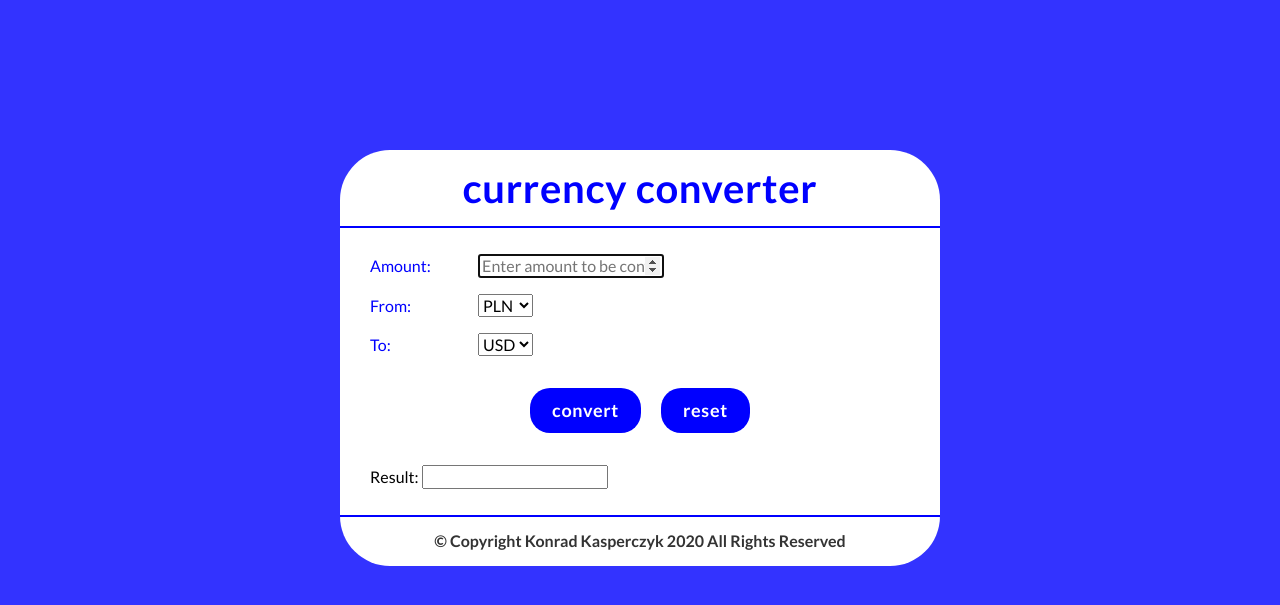
Repository: kkasperczyk/currency-converter
Page: index.html
An editor plug-in stored every save of this project. The page is shown before and after the next save, followed by the edit.
The browser window is 1280 px wide. The pictures show the whole page.

Above is the page before, as saved 2020-06-16 13:22:12.

### index.html
<!DOCTYPE html>
<html lang="en">

<head>
    <meta charset="UTF-8">
    <meta name="viewport" content="width=device-width, initial-scale=1.0">
    <link rel="stylesheet" href="https://cdnjs.cloudflare.com/ajax/libs/normalize/8.0.1/normalize.min.css"
        integrity="sha256-l85OmPOjvil/SOvVt3HnSSjzF1TUMyT9eV0c2BzEGzU=" crossorigin="anonymous" />
    <link rel="stylesheet" href="css/global.css">
    <link rel="stylesheet" href="css/container.css">
    <link rel="stylesheet" href="css/header.css">
    <link rel="stylesheet" href="css/main.css">
    <link rel="stylesheet" href="css/form.css">
    <link rel="stylesheet" href="css/footer.css">
    <script defer src="js/script.js"></script>
    <link href="https://fonts.googleapis.com/css2?family=Lato:ital,wght@0,400;0,700;1,400&display=swap"
        rel="stylesheet">
    <title>Currency Converter</title>
</head>

<body>
    <div class="container">
        <header class="header">
            <h1 class="header__title">Currency Converter
        </header>
        <main class="main">
            <form class="form js-form">
                <p>
                    <label>
                        <span class="form__labelText">Amount:</span>
                        <input class="form__amount js-form__amount" type="number" name="amount" min="1" step="any"
                            required placeholder="Enter amount to be converted">
                    </label>
                </p>
                <p>
                    <label>
                        <span class="form__labelText">From:</span>
                        <select class="js-convertFrom" required>
                            <option value="pln">PLN</option>
                            <option value="usd">USD</option>
                            <option value="gbp">GBP</option>
                            <option value="eur">EUR</option>
                            <option value="chf">CHF</option>
                        </select>
                    </label>
                </p>
                <p>
                    <label>
                        <span class="form__labelText">To:</span>
                        <select class="js-convertTo" required>
                            <option value="pln">PLN</option>
                            <option value="usd" selected>USD</option>
                            <option value="gbp">GBP</option>
                            <option value="eur">EUR</option>
                            <option value="chf">CHF</option>
                        </select>
                    </label>
                </p>
                <div class="form__buttons">
                    <p>
                        <button class="form__button js-form__button">Convert</button>
                    </p>
                    <p>
                        <button class="form__button" type="reset">Reset</button>
                    </p>
                </div>
                <p class="form__resultParagraph">
                    <label>
                        Result:
                        <input class="js-convertedValue" type="number" readonly>
                    </label>
                </p>
            </form>
        </main>
        <footer class="footer">
            <span>&copy Copyright Konrad Kasperczyk 2020 All Rights Reserved</span>
        </footer>
    </div>
</body>

</html>

### css/global.css
html {
  box-sizing: border-box;
}

*,
::after,
::before {
  box-sizing: inherit;
}

body {
  font-family: "Lato", sans-serif;
  background-color: hsl(240, 100%, 60%);
  padding: 0 10px;
}

### css/container.css
.container {
    max-width: 600px;
    margin: 0 auto;
    background-color: white;
    border-radius: 50px;
    margin-top: 150px;
}

### css/header.css
.header {
    text-align: center;
    border-bottom: 2px solid hsl(240, 100%, 50%);
}

.header__title {
    color: hsl(240, 100%, 50%);
    padding: 15px;
    font-size: 40px;
    letter-spacing: 0.7px;
    margin: 0;
    text-transform: lowercase;
}

### css/main.css
.main {
    background-color: white;
    padding: 10px 30px;
}

### css/form.css
.form__labelText {
    display: inline-block;
    width: 100px;
    margin-right: 5px;
    color: hsl(240, 100%, 50%);
}

.form__buttons {
    display: flex;
    justify-content: center;
}

.form__button {
    margin: 0 10px;
    background-color: hsl(240, 100%, 50%);
    color: white;
    padding: 10px 20px;
    text-transform: lowercase;
    font-size: 18px;
    font-weight: bold;
    letter-spacing: 0.7px;
    border: 2px solid transparent;
    border-radius: 20px;
}

.form__button:hover {
    background-color: white;
    color: hsl(240, 100%, 50%);
    border: 2px solid hsl(240, 100%, 50%);
    cursor: pointer;
}

### css/footer.css
.footer {
    text-align: center;
    border-top: 2px solid hsl(240, 100%, 50%);
    color: #333;
    font-weight: bold;
    padding: 15px;
}

### js/script.js
console.log("Hi all developers! Nice to see you here.");

let amountField = document.querySelector(".js-form__amount");
let convertFromField = document.querySelector(".js-convertFrom");
let convertToField = document.querySelector(".js-convertTo");
let convertedValueField = document.querySelector(".js-convertedValue");
let submitButton = document.querySelector(".js-form__button");
let form = document.querySelector(".js-form");

amountField.focus();

form.addEventListener("submit", (event) => {
  event.preventDefault();

  let amount = amountField.value;
  let convertFrom = convertFromField.value;
  let convertTo = convertToField.value;
  let result;

  console.log(amount, convertFrom, convertTo);

  switch (convertFrom) {
    case "pln":
      switch (convertTo) {
        case "pln":
          result = amount * 1;
          convertedValueField.value = result.toFixed(2);
          break;
        case "eur":
          result = amount / 4.4278;
          convertedValueField.value = result.toFixed(2);
          break;
        case "usd":
          result = amount / 3.9058;
          convertedValueField.value = result.toFixed(2);
          break;
        case "gbp":
          result = amount / 4.9384;
          convertedValueField.value = result.toFixed(2);
          break;
        case "chf":
          result = amount / 4.1187;
          convertedValueField.value = result.toFixed(2);
          break;
      }
      break;
    case "eur":
      switch (convertTo) {
        case "pln":
          result = amount * 4.4278;
          convertedValueField.value = result.toFixed(2);
          break;
        case "eur":
          result = amount * 1;
          convertedValueField.value = result.toFixed(2);
          break;
        case "usd":
          result = amount * 1.1336;
          convertedValueField.value = result.toFixed(2);
          break;
        case "gbp":
          result = amount * 0.8966;
          convertedValueField.value = result.toFixed(2);
          break;
        case "chf":
          result = amount * 1.075;
          convertedValueField.value = result.toFixed(2);
          break;
      }
      break;
    case "usd":
      switch (convertTo) {
        case "pln":
          result = amount * 3.9058;
          convertedValueField.value = result.toFixed(2);
          break;
        case "eur":
          result = amount * 0.8821;
          convertedValueField.value = result.toFixed(2);
          break;
        case "usd":
          result = amount * 1;
          convertedValueField.value = result.toFixed(2);
          break;
        case "gbp":
          result = amount * 0.7909;
          convertedValueField.value = result.toFixed(2);
          break;
        case "chf":
          result = amount * 0.9483;
          convertedValueField.value = result.toFixed(2);
          break;
      }
      break;
    case "gbp":
      switch (convertTo) {
        case "pln":
          result = amount * 4.9384;
          convertedValueField.value = result.toFixed(2);
          break;
        case "eur":
          result = amount * 1.1153;
          convertedValueField.value = result.toFixed(2);
          break;
        case "usd":
          result = amount * 1.2644;
          convertedValueField.value = result.toFixed(2);
          break;
        case "gbp":
          result = amount * 1;
          convertedValueField.value = result.toFixed(2);
          break;
        case "chf":
          result = amount * 1.199;
          convertedValueField.value = result.toFixed(2);
          break;
      }
      break;
    case "chf":
      switch (convertTo) {
        case "pln":
          result = amount * 4.1187;
          convertedValueField.value = result.toFixed(2);
          break;
        case "eur":
          result = amount * 0.9302;
          convertedValueField.value = result.toFixed(2);
          break;
        case "usd":
          result = amount * 1.0545;
          convertedValueField.value = result.toFixed(2);
          break;
        case "gbp":
          result = amount * 0.834;
          convertedValueField.value = result.toFixed(2);
          break;
        case "chf":
          result = amount * 1;
          convertedValueField.value = result.toFixed(2);
          break;
      }
      break;
  }
});

After the next save:
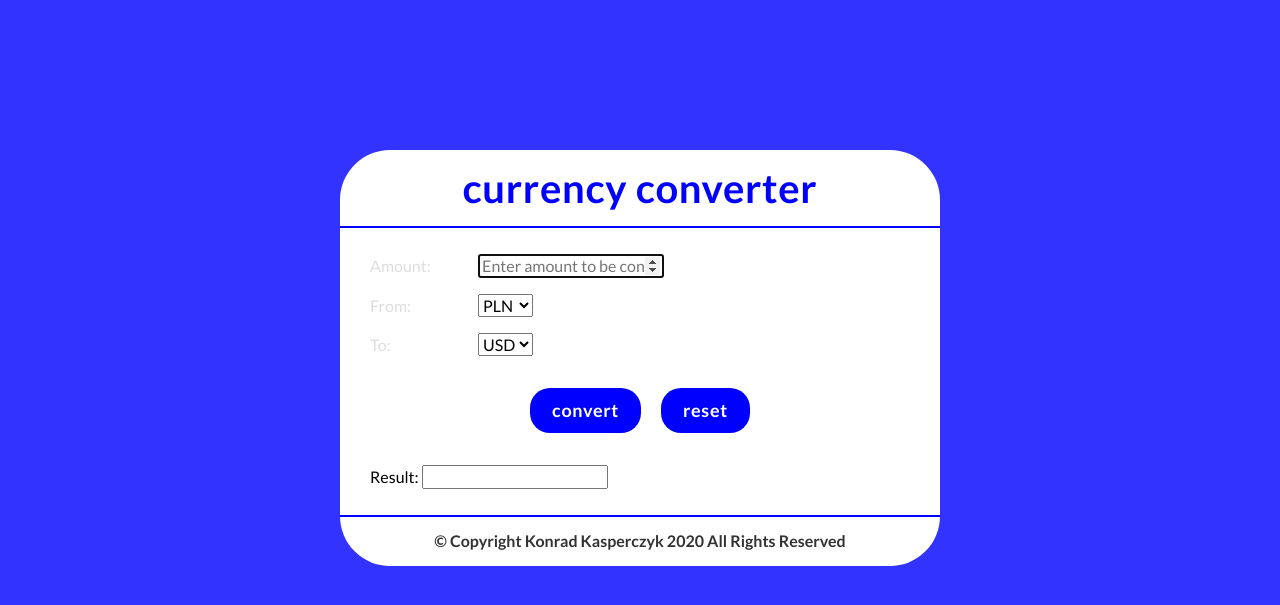
Saved 15 s later.
--- a/css/form.css
+++ b/css/form.css
@@ -2,7 +2,7 @@
     display: inline-block;
     width: 100px;
     margin-right: 5px;
-    color: hsl(240, 100%, 50%);
+    color: #ddd;
 }
 
 .form__buttons {
